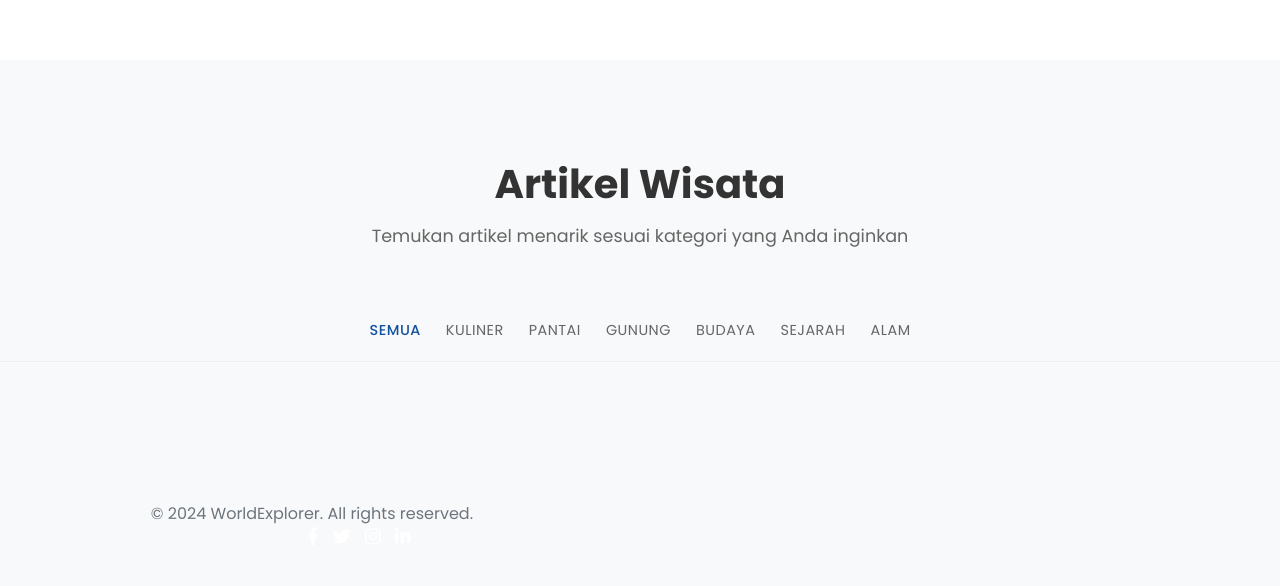
Repository: jalssonn/UAS_FRONTEND_NEW
Page: frontend/index.html
An editor plug-in stored every save of this project. The page is shown before and after the next save, followed by the edit.
The browser window is 1280 px wide. The pictures show the part of the page from y = 3750 to 4336 px (the page is 4336 px tall).
A picture or video elsewhere on the page could not be fetched, so the positions and the page height are approximate. The page's requests for data from a server got no answer.

Above is the page before, as saved 2024-12-06 04:00:53.

### frontend/index.html
<!DOCTYPE html>
<html ng-app="articleApp">
<head>
    <title>WorldExplorer</title>
    <!-- Fonts -->
    <link href="https://fonts.googleapis.com/css2?family=Poppins:wght@400;500;600;700&display=swap" rel="stylesheet">

    <!-- Dependencies -->
    <script src="https://ajax.googleapis.com/ajax/libs/angularjs/1.8.2/angular.min.js"></script>
    <link href="https://cdn.jsdelivr.net/npm/bootstrap@5.1.3/dist/css/bootstrap.min.css" rel="stylesheet">
    <link rel="stylesheet" href="https://cdnjs.cloudflare.com/ajax/libs/font-awesome/5.15.4/css/all.min.css">

    <!-- Custom CSS -->
    <link rel="stylesheet" href="styles/main.css">
</head>
<body>
    <div ng-controller="ArticleController">
        <!-- Navbar -->
        <nav class="navbar navbar-expand-lg">
            <div class="container">
                <a class="navbar-brand" href="#">
                    <i class="fas fa-globe-asia me-2"></i>WorldExplorer
                </a>
                <div class="d-flex align-items-center">
                    <div ng-if="isLoggedIn()">
                        <a href="profile.html" class="btn btn-light me-2">
                            <i class="fas fa-user"></i> {{user.username}}
                        </a>
                        <a href="/admin/dashboard.html" class="btn btn-primary me-2" ng-if="user.role === 'admin'">
                            Admin Dashboard
                        </a>
                        <button class="btn btn-outline-light" ng-click="logout()">Logout</button>
                    </div>
                    <div ng-if="!isLoggedIn()">
                        <a href="login.html" class="btn btn-outline-light me-2">Login</a>
                        <a href="register.html" class="btn btn-light">Register</a>
                    </div>
                </div>
            </div>
        </nav>

        <!-- Hero Section with Carousel Background -->
        <div class="hero-section">
            <div class="carousel-background"
                 ng-repeat="image in backgroundImages"
                 ng-style="{'background-image': 'url(' + image + ')'}"
                 ng-class="{'active': $index === currentBackgroundIndex, 'prev': $index === prevBackgroundIndex}">
                <div class="overlay"></div>
            </div>

            <div class="hero-content">
                <h1>WorldExplorer</h1>
                <p>Temukan destinasi wisata impian Anda dari berbagai penjuru dunia</p>

                <!-- Search Box -->
                <div class="search-container">
                    <form ng-submit="searchArticles()" class="search-form">
                        <div class="search-wrapper">
                            <input type="text"
                                   ng-model="searchQuery"
                                   placeholder="Cari destinasi wisata impian Anda..."
                                   class="search-input"
                                   required>
                            <button type="submit" class="search-button">
                                <i class="fas fa-search"></i>
                            </button>
                        </div>
                    </form>
                </div>
            </div>
        </div>

        <!-- Why WorldExplorer Section -->
        <div class="why-aviatour-section">
            <h2 class="section-title">Why WorldExplorer</h2>

            <div class="features-container">
                <div class="feature-item">
                    <div class="feature-content">
                        <h3>Penyedia Perjalanan Terbaik</h3>
                        <p>Kami berkomitmen menjadikan setiap liburan Anda penuh cerita berharga...</p>
                    </div>
                    <div class="feature-image">
                        <img src="images/feature-1.jpg" alt="Penyedia Perjalanan Terbaik">
                    </div>
                </div>

                <div class="feature-item reverse">
                    <div class="feature-content">
                        <h3>Layanan Agen Berpengalaman</h3>
                        <p>Dengan jam terbang yang tinggi, tim kami siap memberikan solusi terbaik...</p>
                    </div>
                    <div class="feature-image">
                        <img src="images/feature-2.jpg" alt="Layanan Agen Berpengalaman">
                    </div>
                </div>

                <div class="feature-item">
                    <div class="feature-content">
                        <h3>Pelayanan Premium dan Personal</h3>
                        <p>Rasakan perbedaan dengan pelayanan terbaik dan personal yang kami tawarkan...</p>
                    </div>
                    <div class="feature-image">
                        <img src="images/feature-3.jpg" alt="Pelayanan Premium">
                    </div>
                </div>

                <div class="feature-item reverse">
                    <div class="feature-content">
                        <h3>Nikmati Liburan Tanpa Beban</h3>
                        <p>Rasakan kebebasan sejati saat berlibur! Dengan pelayanan menyeluruh di setiap aspek...</p>
                    </div>
                    <div class="feature-image">
                        <img src="images/feature-4.jpg" alt="Liburan Tanpa Beban">
                    </div>
                </div>
            </div>
        </div>

        <!-- Loading State -->
        <div ng-if="loading" class="loading-spinner">
            <i class="fas fa-spinner fa-spin fa-2x"></i>
            <p>Memuat artikel...</p>
        </div>

        <!-- Error Message -->
        <div ng-if="error" class="alert alert-danger">
            <i class="fas fa-exclamation-circle me-2"></i>{{error}}
        </div>

        <!-- Travel Tips Section -->
        <div class="travel-tips-section">
            <div class="section-header">
                <h2>Travel Tips</h2>
                <p>Kiat-kiat perjalanan untuk pengalaman wisata yang lebih baik</p>
            </div>

            <button class="travel-nav-btn prev" ng-click="prevTip()">
                <i class="fas fa-chevron-left"></i>
            </button>
            <button class="travel-nav-btn next" ng-click="nextTip()">
                <i class="fas fa-chevron-right"></i>
            </button>

            <div class="travel-tips-container">
                <div class="tip-card" ng-repeat="tip in travelTips">
                    <img ng-src="{{tip.image}}" alt="{{tip.title}}">
                    <div class="tip-content">
                        <h3 class="tip-title">{{tip.title}}</h3>
                        <a href="{{tip.link}}" class="tip-link">
                            SEE MORE <i class="fas fa-arrow-right"></i>
                        </a>
                    </div>
                </div>
            </div>
        </div>

        <!-- Filter Section -->
        <div class="filter-title-section">
            <h2>Artikel Wisata</h2>
            <p>Temukan artikel menarik sesuai kategori yang Anda inginkan</p>
        </div>

        <div class="filter-section">
            <div class="category-list">
                <button class="category-btn"
                        ng-class="{'active': filter.category === ''}"
                        ng-click="filterByCategory('')">
                    Semua
                </button>
                <button class="category-btn"
                        ng-repeat="category in categories"
                        ng-class="{'active': filter.category === category}"
                        ng-click="filterByCategory(category)">
                    {{category}}
                </button>
            </div>
        </div>

        <!-- Articles List -->
        <div class="article-container">
            <div class="article-card" ng-repeat="article in articles">
                <img ng-src="{{article.image}}" alt="{{article.title}}" class="article-image">
                <div class="article-content">
                    <h3 class="article-title">{{article.title}}</h3>
                    <p class="article-description">{{article.content | truncate:100}}</p>
                    <div class="article-meta">
                        <span class="category">
                            <i class="fas fa-tag"></i> {{article.category}}
                        </span>
                        <span class="country">
                            <i class="fas fa-globe"></i> {{article.country}}
                        </span>
                    </div>
                    <button class="read-more-btn" ng-click="readMore(article)">
                        Baca Selengkapnya
                    </button>
                </div>
            </div>
        </div>

        <!-- View More Articles -->
        <div class="view-more-container" ng-if="articles.length > 0">
            <button class="view-more-btn" ng-click="viewAllArticles()">
                View More Articles <i class="fas fa-arrow-right"></i>
            </button>
        </div>

        <!-- Footer Section -->
        <footer class="footer">
            <div class="container">
                <div class="row justify-content-center">
                    <div class="col-auto text-center">
                        <p>&copy; 2024 WorldExplorer. All rights reserved.</p>
                    </div>
                    <div class="col-md-6 text-md-end">
                        <ul class="social-links">
                            <li><a href="#" class="fab fa-facebook-f"></a></li>
                            <li><a href="#" class="fab fa-twitter"></a></li>
                            <li><a href="#" class="fab fa-instagram"></a></li>
                            <li><a href="#" class="fab fa-linkedin-in"></a></li>
                        </ul>
                    </div>
                </div>
            </div>
        </footer>

    </div>

    <script src="script.js"></script>
</body>
</html>

### frontend/styles/main.css
/* Layout & General Styles */
body {
    background-color: #f8f9fa;
    font-family: 'Poppins', sans-serif;
}

.content-wrapper {
    padding: 40px 0;
    background-color: #ffffff;
    min-height: 100vh;
}

.section-title {
    color: #1e3c72;
    font-weight: 700;
    margin-bottom: 2rem;
    text-align: center;
    position: relative;
    padding-bottom: 15px;
}

.section-title:after {
    content: '';
    position: absolute;
    bottom: 0;
    left: 50%;
    transform: translateX(-50%);
    width: 50px;
    height: 3px;
    background: #1e3c72;
}

/* Navbar Styling */
.navbar {
    background: linear-gradient(to right, #1e3c72, #2a5298) !important;
    box-shadow: 0 4px 6px rgba(0,0,0,0.1);
    padding: 1rem 0;
}

.navbar-brand {
    font-size: 1.5rem;
    font-weight: 700;
    color: white !important;
}

.navbar .btn {
    border-radius: 20px;
    padding: 8px 20px;
    transition: all 0.3s ease;
}

.navbar .btn-outline-primary {
    border-color: white;
    color: white !important;
}

.navbar .btn-outline-primary:hover {
    background-color: white;
    color: #1e3c72 !important;
}

/* Card Styling */
.card {
    border: none;
    border-radius: 15px;
    transition: all 0.3s ease;
    box-shadow: 0 4px 6px rgba(0,0,0,0.1);
    overflow: hidden;
}

.card:hover {
    transform: translateY(-5px);
    box-shadow: 0 8px 15px rgba(0,0,0,0.2);
}

.card-img-top {
    height: 200px;
    object-fit: cover;
    transition: transform 0.3s ease;
}

.card:hover .card-img-top {
    transform: scale(1.05);
}

.card-body {
    padding: 1.5rem;
}

.card-title {
    color: #1e3c72;
    font-weight: 600;
    margin-bottom: 1rem;
}

/* Category Badge */
.category-badge {
    background: linear-gradient(to right, #1e3c72, #2a5298);
    color: white;
    padding: 6px 15px;
    border-radius: 20px;
    font-size: 0.85em;
    font-weight: 500;
    display: inline-block;
    margin-bottom: 12px;
    box-shadow: 0 2px 4px rgba(30,60,114,0.2);
}

/* Filter Section */
.filter-card {
    background: white;
    border-radius: 15px;
    padding: 20px;
    margin-bottom: 30px;
    margin-top: 100px;
    box-shadow: 0 4px 6px rgba(0,0,0,0.05);
}

.form-select {
    border-radius: 10px;
    padding: 10px;
    border-color: #e0e0e0;
}

.form-select:focus {
    border-color: #1e3c72;
    box-shadow: 0 0 0 0.2rem rgba(30,60,114,0.25);
}



/* Loading State */
.loading-spinner {
    text-align: center;
    padding: 40px;
    color: #1e3c72;
}

/* Error Message */
.alert-danger {
    border-radius: 10px;
    border: none;
    background-color: #fff5f5;
    color: #dc3545;
    padding: 15px 20px;
}

/* Responsive Adjustments */
@media (max-width: 768px) {
    .card-img-top {
        height: 180px;
    }

    .content-wrapper {
        padding: 20px 0;
    }

    .section-title {
        font-size: 1.5rem;
    }
}

/* Container untuk grid artikel */
.article-container {
    display: grid;
    grid-template-columns: repeat(3, 1fr); /* 3 kolom dengan lebar yang sama */
    gap: 20px;
    padding: 60px;
}

/* Style untuk setiap card artikel */
.article-card {
    background: white;
    border-radius: 15px;
    overflow: hidden;
    box-shadow: 0 4px 15px rgba(0, 0, 0, 0.1);
    transition: transform 0.3s ease;
    margin-bottom: 20px;
}

.article-card:hover {
    transform: translateY(-5px);
}

.article-image {
    width: 100%;
    height: 200px;
    object-fit: cover;
}

.article-content {
    padding: 20px;
}

.article-title {
    font-size: 1.2rem;
    font-weight: 600;
    margin-bottom: 10px;
    color: #333;
}

.article-description {
    font-size: 0.9rem;
    color: #666;
    line-height: 1.5;
    margin-bottom: 15px;
}

.article-meta {
    display: flex;
    gap: 15px;
    margin-bottom: 15px;
    font-size: 0.85rem;
    color: #666;
}

.article-meta span {
    display: flex;
    align-items: center;
    gap: 5px;
}

.article-meta i {
    color: #2196F3;
}

.read-more-btn {
    background: linear-gradient(45deg, #2196F3, #00BCD4);
    color: white;
    border: none;
    padding: 8px 15px;
    border-radius: 20px;
    font-size: 0.9rem;
    cursor: pointer;
    transition: all 0.3s ease;
}

.read-more-btn:hover {
    background: linear-gradient(45deg, #1976D2, #0097A7);
    transform: translateY(-2px);
}

/* Responsive design */
@media (max-width: 768px) {
    .article-image {
        height: 150px;
    }

    .article-content {
        padding: 15px;
    }

    .article-title {
        font-size: 1.1rem;
    }
}

/* Hero Section dengan Slide Carousel */
.hero-section {
    position: relative;
    min-height: 100vh;
    display: flex;
    align-items: center;
    justify-content: center;
    overflow: hidden;
}

.carousel-background {
    position: absolute;
    top: 0;
    left: 0;
    width: 100%;
    height: 100%;
    background-size: cover;
    background-position: center;
    opacity: 0;
    transition: all 1s ease;
    transform: translateX(100%);
}

.carousel-background.active {
    opacity: 1;
    transform: translateX(0);
}

.carousel-background.prev {
    opacity: 1;
    transform: translateX(-100%);
}

.overlay {
    position: absolute;
    top: 0;
    left: 0;
    width: 100%;
    height: 100%;
    background: rgba(44, 44, 84, 0.7);
}

.hero-content {
    position: relative;
    z-index: 2;
    text-align: center;
    max-width: 800px;
    padding: 0 20px;
    color: white;
}
.hero-content h1 {
    font-size: 3rem;
    font-weight: 700; /* Ubah font-weight menjadi lebih tebal */
    color: white;
    margin-bottom: 20px;
}

.hero-content p {
    font-size: 1.2rem;
    font-weight: 500; /* Sesuaikan font-weight untuk paragraf */
    color: white;
}

/* Tambahkan indikator dots */
.carousel-dots {
    position: absolute;
    bottom: 20px;
    left: 50%;
    transform: translateX(-50%);
    display: flex;
    gap: 10px;
    z-index: 3;
}

.dot {
    width: 10px;
    height: 10px;
    border-radius: 50%;
    background: rgba(255, 255, 255, 0.5);
    cursor: pointer;
    transition: all 0.3s ease;
}

.dot.active {
    background: white;
    transform: scale(1.2);
}

/* Search Box Styling */
.search-container {
    width: 100%;
    max-width: 600px;
    margin: 2rem auto;
    padding: 0 20px;
}

/* Wrapper untuk efek hover */
.search-wrapper {
    position: relative;
    display: flex;
    align-items: center;
    background: rgba(255, 255, 255, 0.95);
    border-radius: 50px;
    padding: 5px;
    box-shadow: 0 4px 15px rgba(0, 0, 0, 0.2);
    transition: all 0.3s ease;
}

.search-wrapper:hover {
    transform: translateY(-2px);
    box-shadow: 0 8px 25px rgba(0, 0, 0, 0.3);
}

/* Input pencarian */
.search-input {
    width: 100%;
    padding: 15px 25px;
    font-size: 1.1rem;
    border: none;
    background: transparent;
    color: #333;
    outline: none;
    transition: all 0.3s ease;
}

.search-input::placeholder {
    color: #888;
    transition: all 0.3s ease;
}

.search-input:focus::placeholder {
    opacity: 0.5;
}

/* Tombol submit */
.search-button {
    background: linear-gradient(45deg, #2196F3, #00BCD4);
    border: none;
    width: 50px;
    height: 50px;
    border-radius: 50%;
    display: flex;
    align-items: center;
    justify-content: center;
    cursor: pointer;
    transition: all 0.3s ease;
    margin-right: 5px;
}

.search-button:hover {
    transform: rotate(360deg);
    background: linear-gradient(45deg, #1976D2, #0097A7);
}

.search-button i {
    color: white;
    font-size: 1.2rem;
}

/* Animasi loading saat pencarian */
.search-wrapper.loading .search-button {
    animation: pulse 1.5s infinite;
}

@keyframes pulse {
    0% {
        transform: scale(1);
    }
    50% {
        transform: scale(1.1);
    }
    100% {
        transform: scale(1);
    }
}

/* Responsive design */
@media (max-width: 768px) {
    .search-container {
        max-width: 100%;
        padding: 0 15px;
    }

    .search-input {
        font-size: 1rem;
        padding: 12px 20px;
    }

    .search-button {
        width: 45px;
        height: 45px;
    }
}

/* Efek focus */
.search-wrapper:focus-within {
    box-shadow: 0 0 0 3px rgba(33, 150, 243, 0.3);
}

/* Animasi ketika form muncul */
.search-container {
    animation: slideDown 0.5s ease-out;
}

@keyframes slideDown {
    from {
        opacity: 0;
        transform: translateY(-20px);
    }
    to {
        opacity: 1;
        transform: translateY(0);
    }
}

/* Reset default margin/padding */
body, html {
    margin: 0;
    padding: 0;
    height: 100%;
}

/* Responsive Design */
@media (max-width: 768px) {
    .hero-content h1 {
        font-size: 2.5rem;
    }

    .hero-content p {
        font-size: 1rem;
    }

    .search-input {
        padding: 15px 50px;
        font-size: 1rem;
    }
}

/* Filter Section Styling */
.filter-section {
    padding: 15px 0;
    border-bottom: 1px solid #eee;
    text-align: center;
    margin-top: 50px;
}

.category-list {
    max-width: 1200px;
    margin: 0 auto;
    padding: 0 20px;
    display: flex;
    gap: 25px;
    align-items: center;
    justify-content: center;
}

.category-btn {
    background: none;
    border: none;
    padding: 5px 0;
    color: #666;
    font-size: 0.9rem;
    cursor: pointer;
    transition: color 0.3s ease;
    text-transform: uppercase;
    letter-spacing: 0.5px;
}

.category-btn:hover {
    color: #13529f;
}

.category-btn.active {
    color: #13529f;;
    font-weight: 500;
}

/* Styling untuk judul */
.filter-title-section {
    text-align: center;
    margin-bottom: 30px;
    margin-top: 100px;
}

.filter-title-section h2 {
    font-size: 2.5rem;  /* Ukuran font diperbesar */
    color: #333;
    margin-bottom: 15px;
    font-weight: 700;   /* Font weight ditambah */
}

.filter-title-section p {
    color: #666;
    font-size: 1.1rem;  /* Ukuran font deskripsi diperbesar sedikit */
    font-weight: 400;   /* Font weight normal untuk deskripsi */
}

/* View More Button Styling */
.view-more-container {
    text-align: center;
    margin: 40px 0;
    padding: 20px;
}

.view-more-btn {
    background: linear-gradient(45deg, #2196F3, #00BCD4);
    color: white;
    border: none;
    padding: 12px 30px;
    border-radius: 25px;
    font-size: 1rem;
    cursor: pointer;
    transition: all 0.3s ease;
    box-shadow: 0 4px 15px rgba(0, 0, 0, 0.1);
    display: inline-flex;
    align-items: center;
    gap: 10px;
}

.view-more-btn:hover {
    background: linear-gradient(45deg, #1976D2, #0097A7);
    transform: translateY(-2px);
    box-shadow: 0 6px 20px rgba(0, 0, 0, 0.15);
}

.view-more-btn i {
    transition: transform 0.3s ease;
}

.view-more-btn:hover i {
    transform: translateX(5px);
}

/* Pagination */
.pagination {
    justify-content: center;
}

.pagination .page-link {
    color: #1e3c72;
    border: none;
    padding: 10px 15px;
    margin: 0 5px;
    border-radius: 5px;
    transition: all 0.3s ease;
}

.pagination .page-link:hover {
    background-color: #e9ecef;
}

.pagination .active .page-link {
    background-color: #1e3c72;
    color: white;
}

/* Back Button in Navbar */
.back-button {
    background: none;
    color: white;
    border: none;
    padding: 8px 16px;
    border-radius: 8px;
    font-size: 16px;
    cursor: pointer;
    transition: all 0.3s ease;
    display: inline-flex;
    align-items: center;
    gap: 8px;
    margin-right: auto; /* Agar tombol berada di sebelah kiri */
}

.back-button:hover {
    background: rgba(255, 255, 255, 0.1);
}

/* Travel Tips Section */
.travel-tips-section {
    position: relative;
    padding: 80px 60px;
    background-color: #ffffff;
    overflow: hidden;
}

.section-header {
    text-align: center;
    margin-bottom: 50px;
}

.section-header h2 {
    font-size: 2.5rem;
    color: #1e3c72;
    margin-bottom: 15px;
    font-weight: 700;
}

.section-header p {
    color: #666;
    font-size: 1.1rem;
}

.travel-tips-container {
    position: relative;
    overflow: hidden;
    display: flex;
    gap: 20px;
    max-width: 1200px;
    margin: 0 auto;
    overflow-x: auto;
    padding: 20px 0;
    scrollbar-width: none; /* Firefox */
    -ms-overflow-style: none; /* IE and Edge */
}

.travel-tips-container::-webkit-scrollbar {
    display: none; /* Chrome, Safari and Opera */
}

.tip-card {
    min-width: 300px;
    height: 400px;
    position: relative;
    border-radius: 15px;
    overflow: hidden;
    flex-shrink: 0;
}

.tip-card img {
    width: 100%;
    height: 100%;
    object-fit: cover;
    transition: transform 0.3s ease;
}

.tip-card:hover img {
    transform: scale(1.05);
}

.tip-content {
    position: absolute;
    bottom: 0;
    left: 0;
    right: 0;
    padding: 20px;
    background: linear-gradient(to top, rgba(0,0,0,0.8), transparent);
    color: white;
}

.tip-title {
    font-size: 1.5rem;
    font-weight: 700;
    margin-bottom: 10px;
    text-transform: uppercase;
}

.tip-link {
    color: white;
    text-decoration: none;
    font-weight: 500;
    display: inline-flex;
    align-items: center;
    gap: 5px;
    transition: all 0.3s ease;
}

.tip-link:hover {
    gap: 10px;
}

@media (max-width: 768px) {
    .travel-tips-section {
        padding: 40px 20px;
    }

    .section-header h2 {
        font-size: 2rem;
    }

    .tip-card {
        min-width: 250px;
        height: 350px;
    }
}

/* Tambahkan style untuk tombol navigasi */
.travel-nav-btn {
    position: absolute;
    top: 50%;
    transform: translateY(-50%);
    width: 40px;
    height: 40px;
    border-radius: 50%;
    background: rgba(255, 255, 255, 0.9);
    border: none;
    cursor: pointer;
    display: flex;
    align-items: center;
    justify-content: center;
    box-shadow: 0 2px 10px rgba(0,0,0,0.1);
    z-index: 10;
    transition: all 0.3s ease;
}

.travel-nav-btn:hover {
    background: white;
    box-shadow: 0 4px 15px rgba(0,0,0,0.2);
    transform: translateY(-50%) scale(1.1);
}

.travel-nav-btn.prev {
    left: 20px;
}

.travel-nav-btn.next {
    right: 20px;
}

.travel-nav-btn i {
    color: #1e3c72;
    font-size: 1.2rem;
}

@media (max-width: 768px) {
    .travel-nav-btn {
        width: 35px;
        height: 35px;
    }

    .travel-nav-btn.prev {
        left: 10px;
    }

    .travel-nav-btn.next {
        right: 10px;
    }
}

/* Why AVIATOUR Section */
.why-aviatour-section {
    padding: 80px 0;
    background: #fff;
}

.section-title {
    text-align: center;
    font-size: 2.5rem;
    font-weight: 700;
    color: #333;
    margin-bottom: 60px;
}

.features-container {
    max-width: 1200px;
    margin: 0 auto;
    padding: 0 20px;
}

.feature-item {
    display: flex;
    align-items: center;
    margin-bottom: 80px;
    gap: 50px;
}

.feature-item.reverse {
    flex-direction: row-reverse;
}

.feature-content {
    flex: 1;
}

.feature-content h3 {
    font-size: 1.8rem;
    font-weight: 600;
    color: #333;
    margin-bottom: 20px;
}

.feature-content p {
    font-size: 1.1rem;
    line-height: 1.6;
    color: #666;
}

.feature-image {
    flex: 1;
    border-radius: 10px;
    overflow: hidden;
    box-shadow: 0 10px 30px rgba(0,0,0,0.1);
}

.feature-image img {
    width: 100%;
    height: 400px;
    object-fit: cover;
    transition: transform 0.3s ease;
}

.feature-image img:hover {
    transform: scale(1.05);
}

/* Responsive Design */
@media (max-width: 768px) {
    .feature-item,
    .feature-item.reverse {
        flex-direction: column;
        gap: 30px;
    }

    .feature-content {
        text-align: center;
    }

    .feature-image img {
        height: 300px;
    }
}
.footer {
    position: relative;
    bottom: 0;
    width: 100%;
    padding: 20px 0;
    background-color: #f8f9fa;
    text-align: center;
}

.footer .container {
    display: flex;
    justify-content: space-between;
    align-items: center;
}

.footer .social-links {
    list-style: none;
    padding: 0;
}

.footer .social-links li {
    display: inline-block;
    margin-right: 10px;
}

.footer .social-links a {
    color: #fff;
    font-size: 18px;
    text-decoration: none;
}

.footer .social-links a:hover {
    color: #007bff;
}
.footer p {
    margin: 0;
    color: #6c757d;
}

Loaded but not shown: frontend/script.js (216 lines, source omitted)

After the next save:
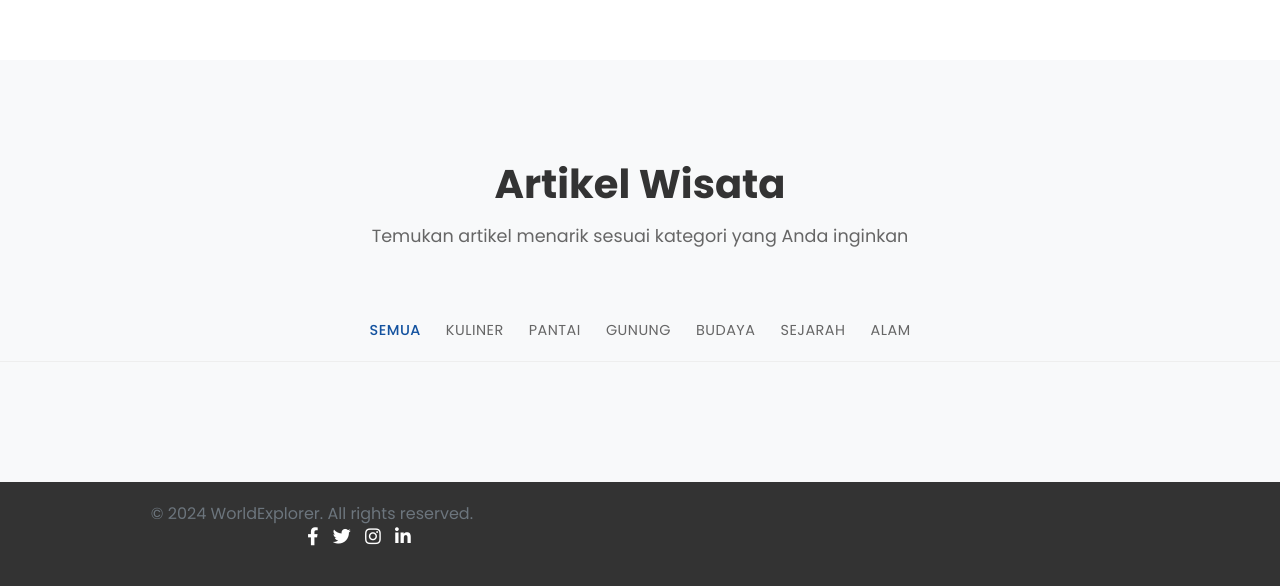
Saved 37 s later.
--- a/frontend/styles/main.css
+++ b/frontend/styles/main.css
@@ -879,7 +879,8 @@ body, html {
     bottom: 0;
     width: 100%;
     padding: 20px 0;
-    background-color: #f8f9fa;
+    background-color: #333;
+    color: #fff;
     text-align: center;
 }
 
